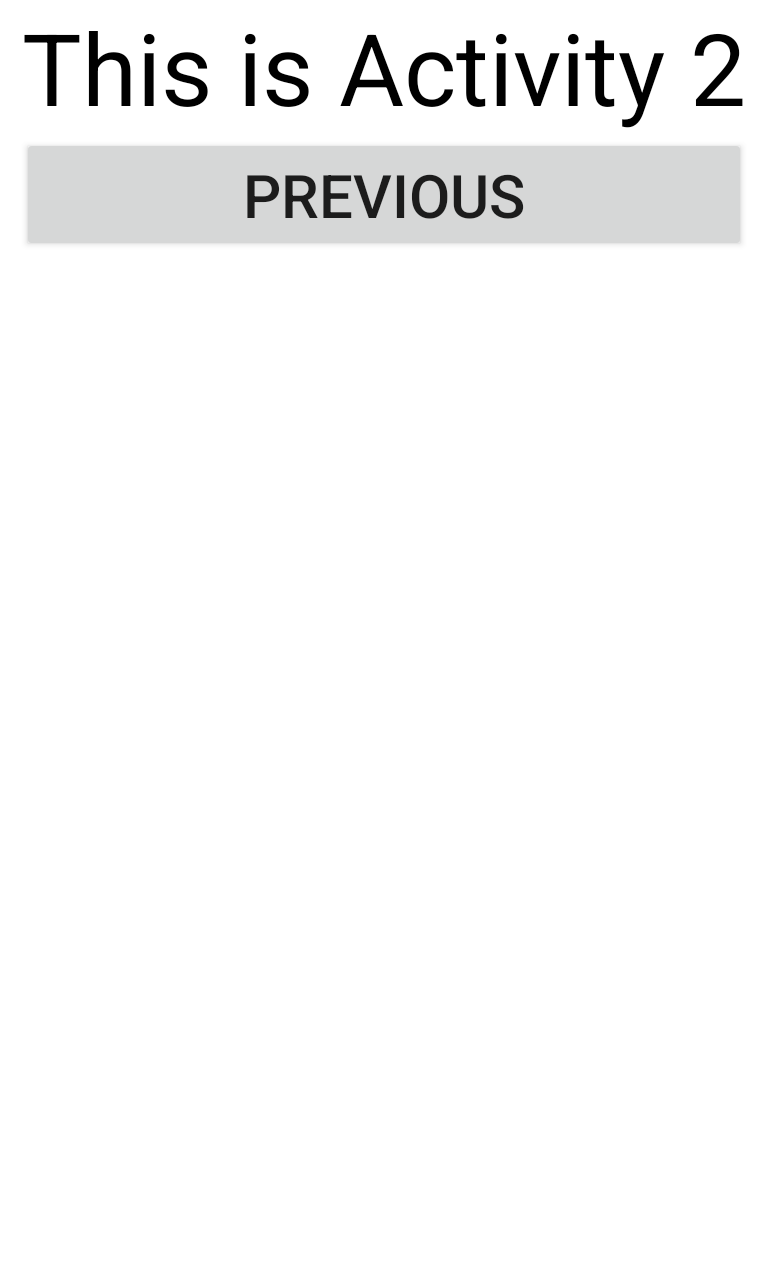
Repository: Stamenov96/NeuralNetowork
Layout: DigitRecognition/res/layout/about.xml
An editor plug-in stored every save of this project. The layout is shown before and after the next save, followed by the edit.
It is drawn on a 768 x 1280 px phone screen (xhdpi) without system bars, with theme AppTheme; the app's code is not run.

Above is the layout before, as saved 2015-02-13 15:28:17.

### DigitRecognition/res/layout/about.xml
<?xml version="1.0" encoding="utf-8"?>
<LinearLayout xmlns:android="http://schemas.android.com/apk/res/android"
    android:layout_width="fill_parent"
    android:layout_height="fill_parent"
    android:background="#ffffff"
    android:orientation="vertical" >

    <TextView
        android:layout_width="fill_parent"
        android:layout_height="wrap_content"
        android:gravity="center_horizontal"
        android:text="This is Activity 2"
        android:textColor="#000000"
        android:textSize="50dp" />

    <Button
        android:id="@+id/Button02"
        android:layout_width="fill_parent"
        android:layout_height="wrap_content"
        android:layout_marginLeft="10dip"
        android:layout_marginRight="10dip"
        android:gravity="center_horizontal"
        android:text="Previous"
        android:textSize="30dp" />

</LinearLayout>

Loaded but not shown: DigitRecognition/res/values/styles.xml (common file); DigitRecognition/res/values-v11/styles.xml (common file); DigitRecognition/res/values-v14/styles.xml (common file)

After the next save:
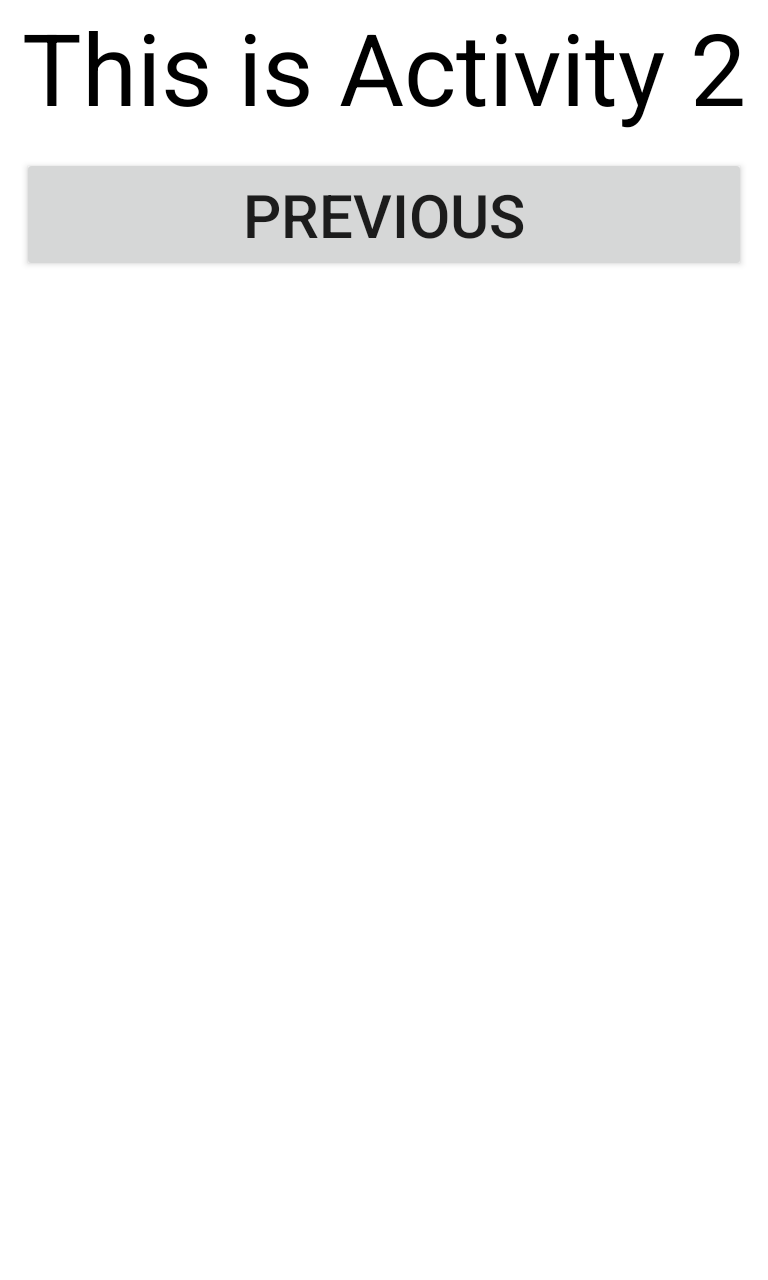
Saved 94 s later.
--- a/DigitRecognition/res/layout/about.xml
+++ b/DigitRecognition/res/layout/about.xml
@@ -19,6 +19,7 @@
         android:layout_height="wrap_content"
         android:layout_marginLeft="10dip"
         android:layout_marginRight="10dip"
+        android:layout_marginTop="10dip"
         android:gravity="center_horizontal"
         android:text="Previous"
         android:textSize="30dp" />
